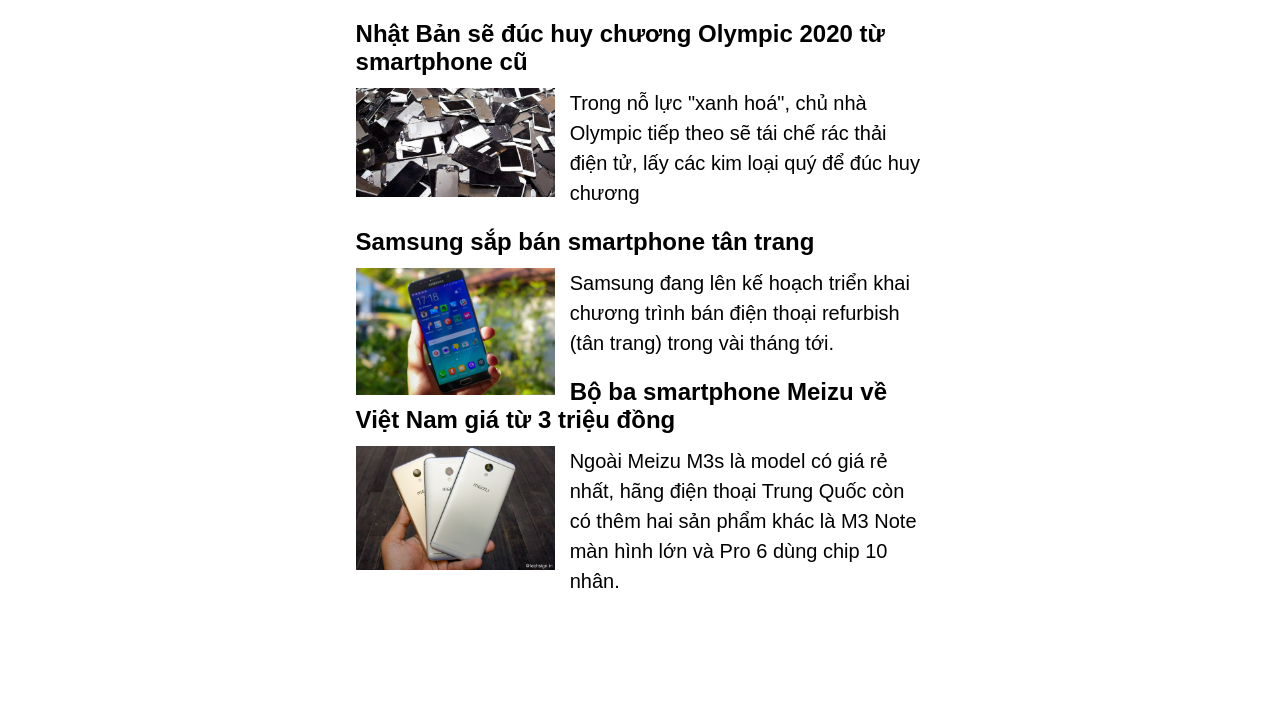
Repository: tuiladev/TKW
Page: CSS/Bai2/index.html
The author's editor kept a copy of each file at every save. The page is drawn from the files as they stood at one save, then again after the next save.
The browser window is 1280 px wide. The pictures show the whole page.

Above is the page before, as saved 2022-04-07 17:25:45.

### CSS/Bai2/index.html
<!DOCTYPE html>
<html lang="en">
   <head>
      <meta charset="UTF-8" />
      <title>21115053120156 - Dang Van Trung</title>
      <link rel="stylesheet" href="./style.css" />
   </head>
   <body>
      <div class="news">
         <h2 class="news__title">Nhật Bản sẽ đúc huy chương Olympic 2020 từ smartphone cũ</h2>
         <div class="news__box">
            <img src="./images/anh1.jpg" alt="" class="news__img" align="left" />
            <p class="news__desc">
               Trong nỗ lực "xanh hoá", chủ nhà Olympic tiếp theo sẽ tái chế rác thải điện tử, lấy
               các kim loại quý để đúc huy chương
            </p>
         </div>
      </div>
      <div class="news">
         <h2 class="news__title">Samsung sắp bán smartphone tân trang</h2>
         <div class="news__box">
            <img src="./images/anh2.jpg" alt="" class="news__img" align="left" />
            <p class="news__desc">
               Samsung đang lên kế hoạch triển khai chương trình bán điện thoại refurbish (tân
               trang) trong vài tháng tới.
            </p>
         </div>
      </div>
      <div class="news">
         <h2 class="news__title">Bộ ba smartphone Meizu về Việt Nam giá từ 3 triệu đồng</h2>
         <div class="news__box">
            <img src="./images/anh3.jpg" alt="" class="news__img" align="left" />
            <p class="news__desc">
               Ngoài Meizu M3s là model có giá rẻ nhất, hãng điện thoại Trung Quốc còn có thêm hai
               sản phẩm khác là M3 Note màn hình lớn và Pro 6 dùng chip 10 nhân.
            </p>
         </div>
      </div>
   </body>
</html>

### CSS/Bai2/style.css
body {
   font-family: sans-serif;
}
.news {
   width: 45%;
   margin: 0 auto;
}
.news__title {
   font-size: 24px;
   margin-bottom: 12px;
}
.news__img {
   max-width: 35%;
   object-fit: cover;
   margin-right: 15px;
}
.news__desc {
   font-size: 20px;
   line-height: 1.5;
   margin: 0;
}

After the next save:
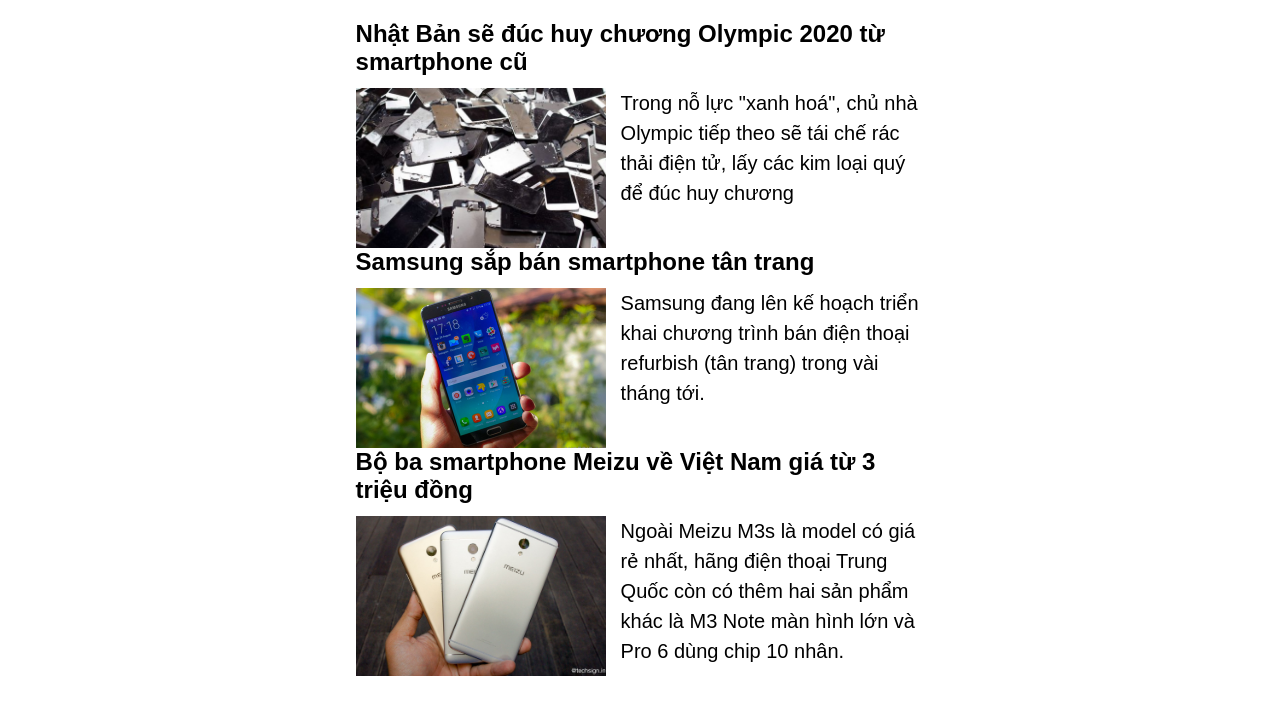
Saved 14 s later.
--- a/CSS/Bai2/style.css
+++ b/CSS/Bai2/style.css
@@ -4,13 +4,15 @@
 .news {
    width: 45%;
    margin: 0 auto;
+   clear: both;
 }
 .news__title {
    font-size: 24px;
    margin-bottom: 12px;
 }
 .news__img {
-   max-width: 35%;
+   width: 250px;
+   height: 160px;
    object-fit: cover;
    margin-right: 15px;
 }
